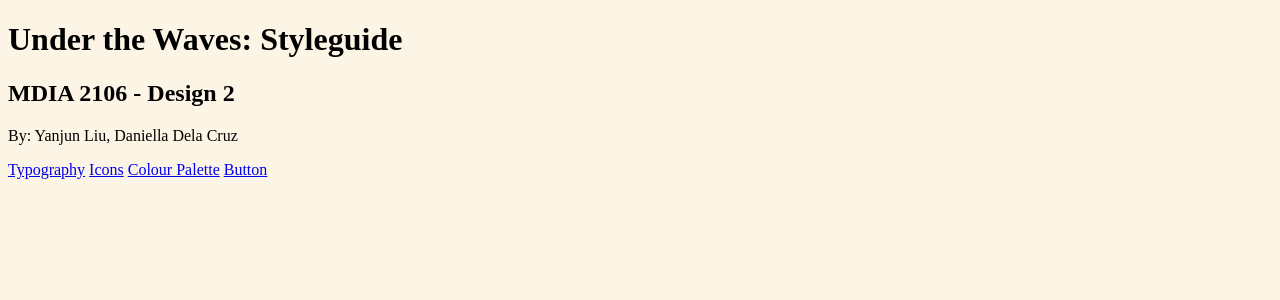
Repository: TeoEstrada9/styleguide
Page: index.html
These files come from the project's save history. The page is drawn as it stood at one moment and after a run of saves; the edit follows.
The browser window is 1280 px wide. The pictures show the whole page.

Above is the page before, as saved 2023-03-02 10:23:46.

### index.html
<!DOCTYPE html>
<html lang="en">
  <head>
    <meta charset="UTF-8" />
    <meta http-equiv="X-UA-Compatible" content="IE=edge" />
    <meta name="viewport" content="width=device-width, initial-scale=1.0" />
    <title>Under the Waves</title>
    <!-- Favicon  -->
    <link rel="shortcut icon" href="images/whale.png" />
    <link rel="stylesheet" href="style.css" />
  </head>
  <body>
    <h1>Under the Waves: Styleguide</h1>
    <h2>MDIA 2106 - Design 2</h2>
    <p>By: Yanjun Liu, Daniella Dela Cruz</p>
    <div class="nav-bar">
      <a href="./pages/typography.html">Typography</a>
      <a href="./pages/buttons/icons.html">Icons</a>
      <a href="./pages/colorPalette.html">Colour Palette</a>
      <a href="./pages/buttons/icons.html">Button</a>
    </div>
  </body>
</html>

### style.css
body{
    background-color: #FCF5E5;
}

html{

}

After the next 2 saves:
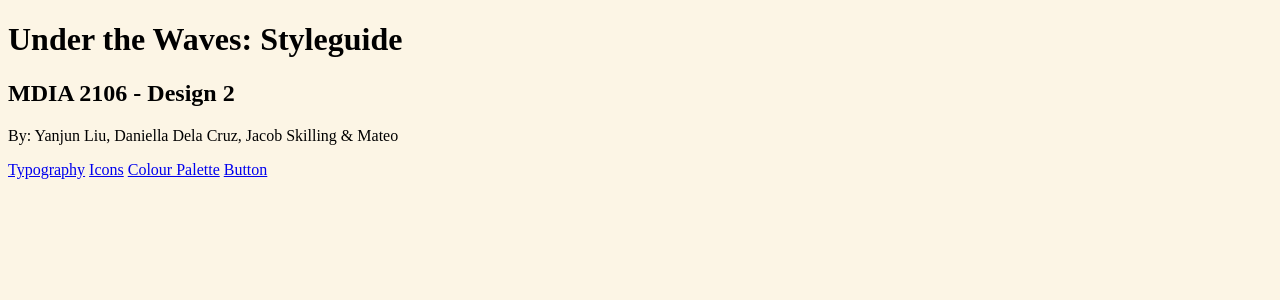
The 2 saves are shown as one change because they came seconds apart.
The last was saved 17 s later.
--- a/index.html
+++ b/index.html
@@ -12,7 +12,7 @@
   <body>
     <h1>Under the Waves: Styleguide</h1>
     <h2>MDIA 2106 - Design 2</h2>
-    <p>By: Yanjun Liu, Daniella Dela Cruz</p>
+    <p>By: Yanjun Liu, Daniella Dela Cruz, Jacob Skilling & Mateo </p>
     <div class="nav-bar">
       <a href="./pages/typography.html">Typography</a>
       <a href="./pages/buttons/icons.html">Icons</a>
